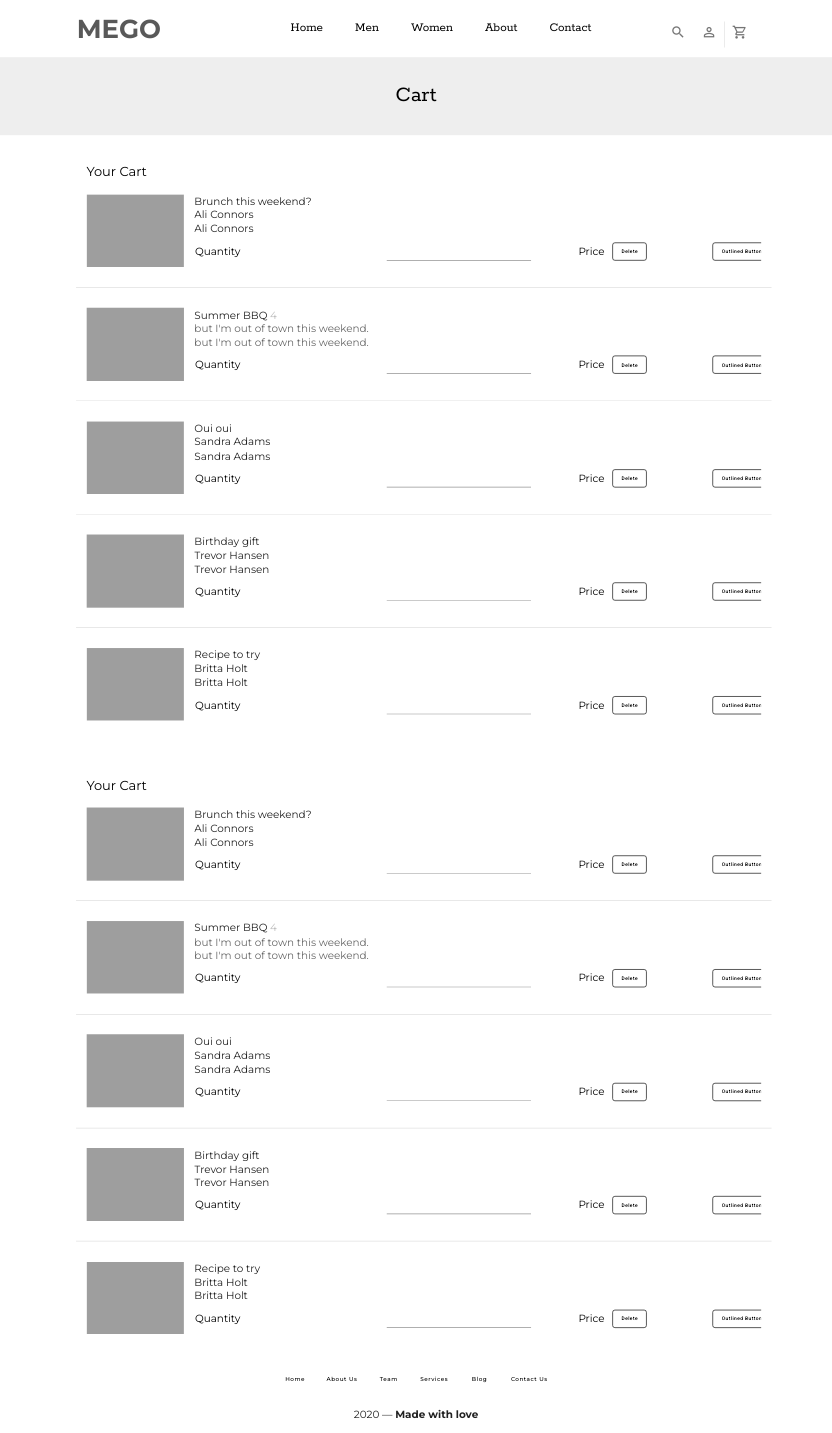
Repository: nguyenphuong152/mego-frontend
Page: /cart (app in frontend/)
These files come from the project's save history. The page is drawn as it stood at one moment and after the next save; the edit follows.
The browser window is 1280 px wide. The pictures show the whole page, at 65% of full size.
Pictures or frames that could not be fetched are drawn as grey boxes. The project was rebuilt for these pictures with package versions that can differ from the ones it lists, and the page was loaded fresh each time. Also part of the build but not shown: frontend/vue.config.js, frontend/src/components/Customer/Collection.vue, frontend/src/components/Customer/Banner.vue, frontend/src/components/Customer/BestSeller.vue, frontend/src/components/Customer/Partner.vue, frontend/src/views/Customer/Home.vue, frontend/src/components/Customer/ProductCategory.vue, frontend/src/components/Customer/ProductView.vue and 10 more. Imported but missing from the stored project, and not drawn on this page: frontend/src/views/Admin/Category.vue, frontend/src/views/Admin/ManageProduct.vue, frontend/src/views/Admin/ManageUser.vue, frontend/src/views/Admin/OrderList.vue.

Above is the page before, as saved 2020-11-26 16:57:06.

After the next save:
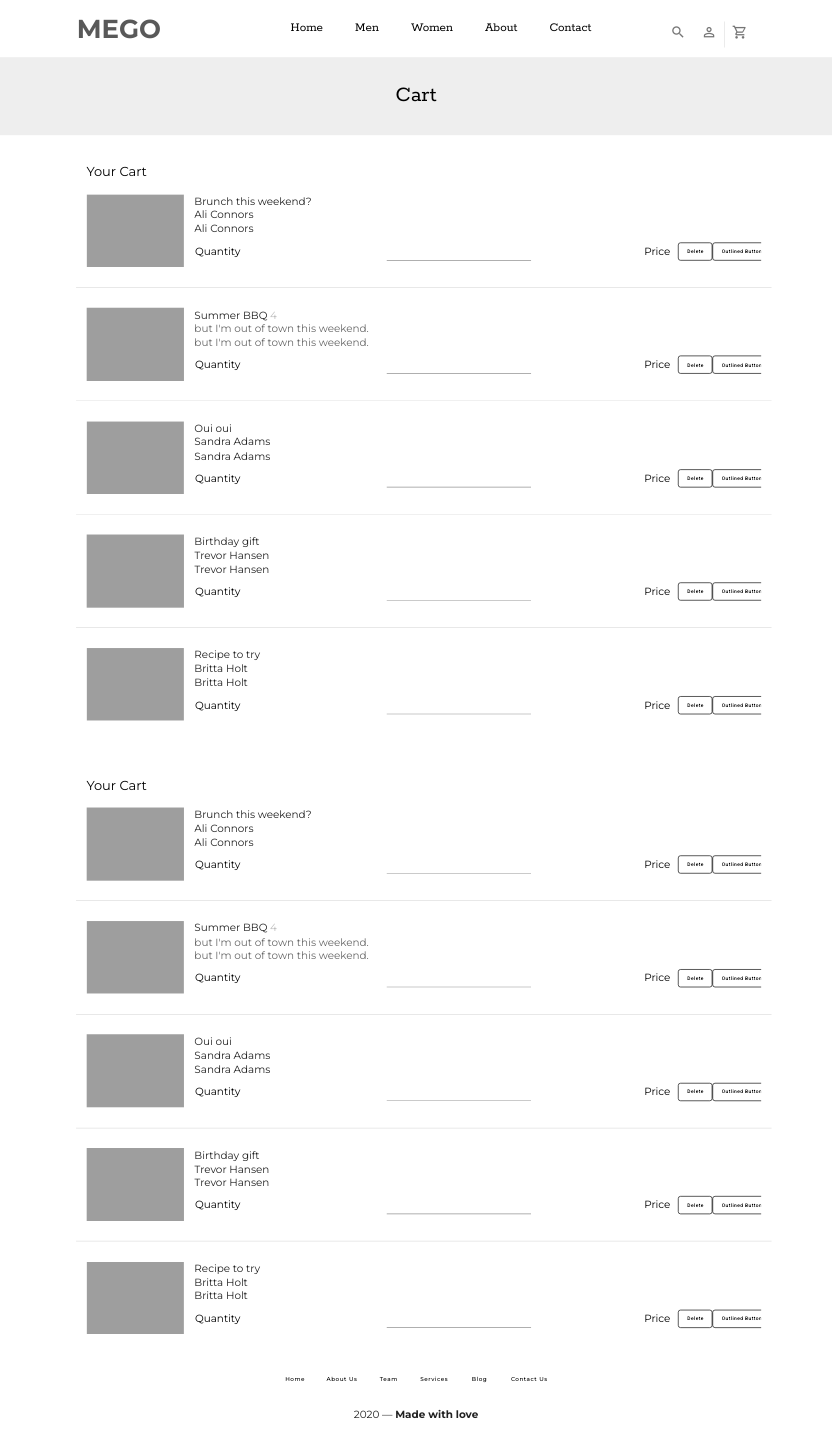
Saved 7 s later.
--- a/frontend/src/components/Customer/TotalProducts.vue
+++ b/frontend/src/components/Customer/TotalProducts.vue
@@ -39,7 +39,7 @@
                <v-btn  small  outlined color="black">
               Delete
             </v-btn>
-            <v-spacer></v-spacer>
+
             <v-btn small  outlined color="black">
               Outlined Button
             </v-btn>
